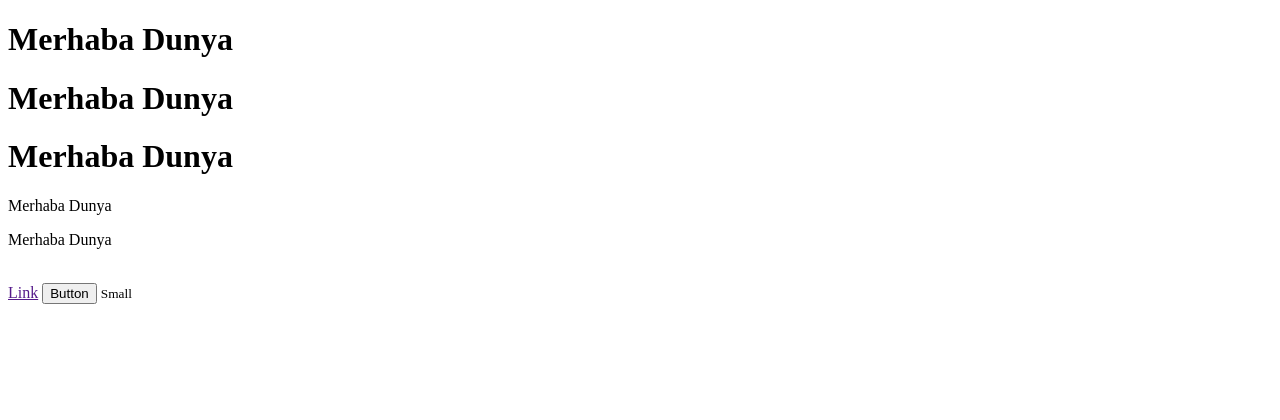
Repository: Kubraaygun/Html_Css_Login
Page: index.html
An editor plug-in stored every save of this project. The page is shown before and after the next save, followed by the edit.
The browser window is 1280 px wide. The pictures show the whole page.

Above is the page before, as saved 2025-03-04 17:34:38.

### index.html
<!DOCTYPE html>
<html lang="en">
  <head>
    <meta charset="UTF-8" />
    <meta name="viewport" content="width=device-width, initial-scale=1.0" />
    <title>HTML</title>
    <link rel="stylesheet" href="style.css" />
  </head>

  <body>
    <!-- Block Elementler -->
    <h1 class="h1">Merhaba Dunya</h1>
    <h1 class="h1">Merhaba Dunya</h1>
    <h1 id="h1">Merhaba Dunya</h1>
    <div class="h1">Merhaba Dunya</div>
    <p class="h1">Merhaba Dunya</p>
    <!-- Inline Elementler -->
    <br />
    <a class="link" href="">Link</a>
    <button>Button</button>
    <small class="h1">Small</small>
  </body>
</html>

### style.css
<style>
body {
  font-size: 20px;
  background-color: aquamarine;
}
.h1:hover {
  background-color: purple;
}
#h1:hover {
  color: purple;
}
.link:hover {
  text-decoration: none;
}
</style>

After the next save:
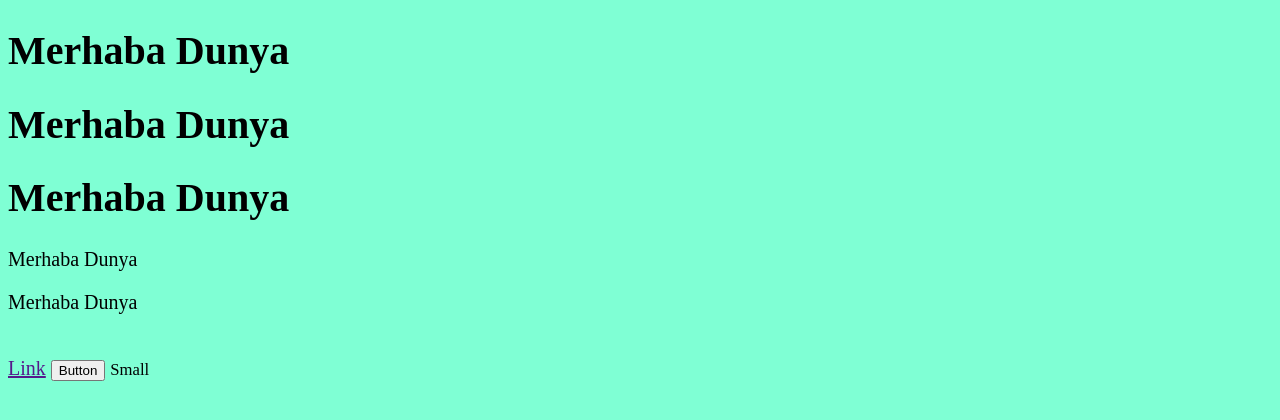
Saved 7 s later.
--- a/style.css
+++ b/style.css
@@ -1,4 +1,3 @@
-<style>
 body {
   font-size: 20px;
   background-color: aquamarine;
@@ -12,4 +11,3 @@ body {
 .link:hover {
   text-decoration: none;
 }
-</style>
